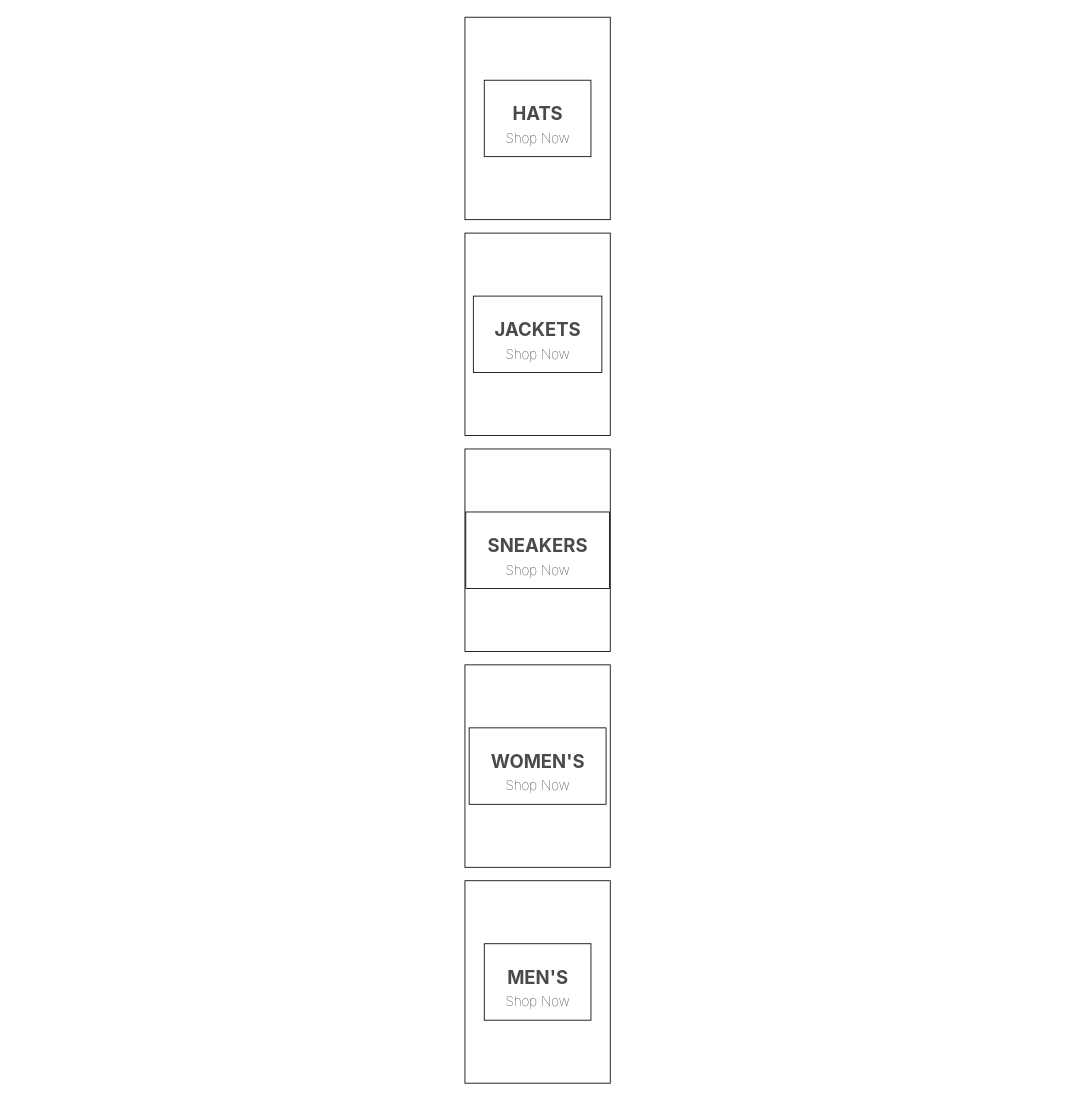
Repository: MikeTroianello/commerce-store
Page: /signin
An editor plug-in stored every save of this project. The page is shown before and after the next save, followed by the edit.
The browser window is 1280 px wide. The pictures show the whole page, at 84% of full size.
The project was rebuilt for these pictures with package versions that can differ from the ones it lists, and the page was loaded fresh each time. Also part of the build but not shown: src/App.css.

Above is the page before, as saved 2019-09-09 22:51:21.

### src/App.js
import React from 'react';

import Homepage from './pages/homepage/homepage.component';

import './App.css';

function App() {
  return (
    <div>
      <Homepage />
    </div>
  );
}

export default App;

### src/pages/homepage/homepage.component.jsx
import React from 'react';
import './homepage.styles.scss';

export default function Homepage() {
  return (
    <div className='homepage'>
      <div className='directory-menu'>
        <div className='menu-item'>
          <div className='content'>
            <h1 className='title'>HATS</h1>
            <span className='subtitle'>Shop Now</span>
          </div>
        </div>

        <div className='menu-item'>
          <div className='content'>
            <h1 className='title'>JACKETS</h1>
            <span className='subtitle'>Shop Now</span>
          </div>
        </div>

        <div className='menu-item'>
          <div className='content'>
            <h1 className='title'>SNEAKERS</h1>
            <span className='subtitle'>Shop Now</span>
          </div>
        </div>
        <div className='menu-item'>
          <div className='content'>
            <h1 className='title'>WOMEN'S</h1>
            <span className='subtitle'>Shop Now</span>
          </div>
        </div>
        <div className='menu-item'>
          <div className='content'>
            <h1 className='title'>MEN'S</h1>
            <span className='subtitle'>Shop Now</span>
          </div>
        </div>
      </div>
    </div>
  );
}

### src/pages/homepage/homepage.styles.scss
.homepage {
  display: flex;
  flex-direction: column;
  align-items: center;
  padding: 20px 80px;
}

.menu-item {
  min-width: 30%;
  height: 240px;
  flex: 1 1 auto;
  display: flex;
  align-items: center;
  justify-content: center;
  border: 1px solid black;
  margin: 0 7.5px 15px;

  &:first-child {
    margin-right: 7.5px;
  }

  &:last-child {
    margin-left: 7.5px;
  }

  .content {
    height: 90px;
    padding: 0 25px;
    display: flex;
    flex-direction: column;
    align-items: center;
    justify-content: center;
    border: 1px solid black;

    .title {
      font-weight: bold;
      margin-bottom: 6px;
      font-size: 22px;
      color: #4a4a4a;
    }

    .subtitle {
      font-weight: lighter;
      font-size: 16px;
    }
  }
}

Loaded but not shown: public/index.html (common file); src/index.js (common file); src/index.css (common file)

After the next save:
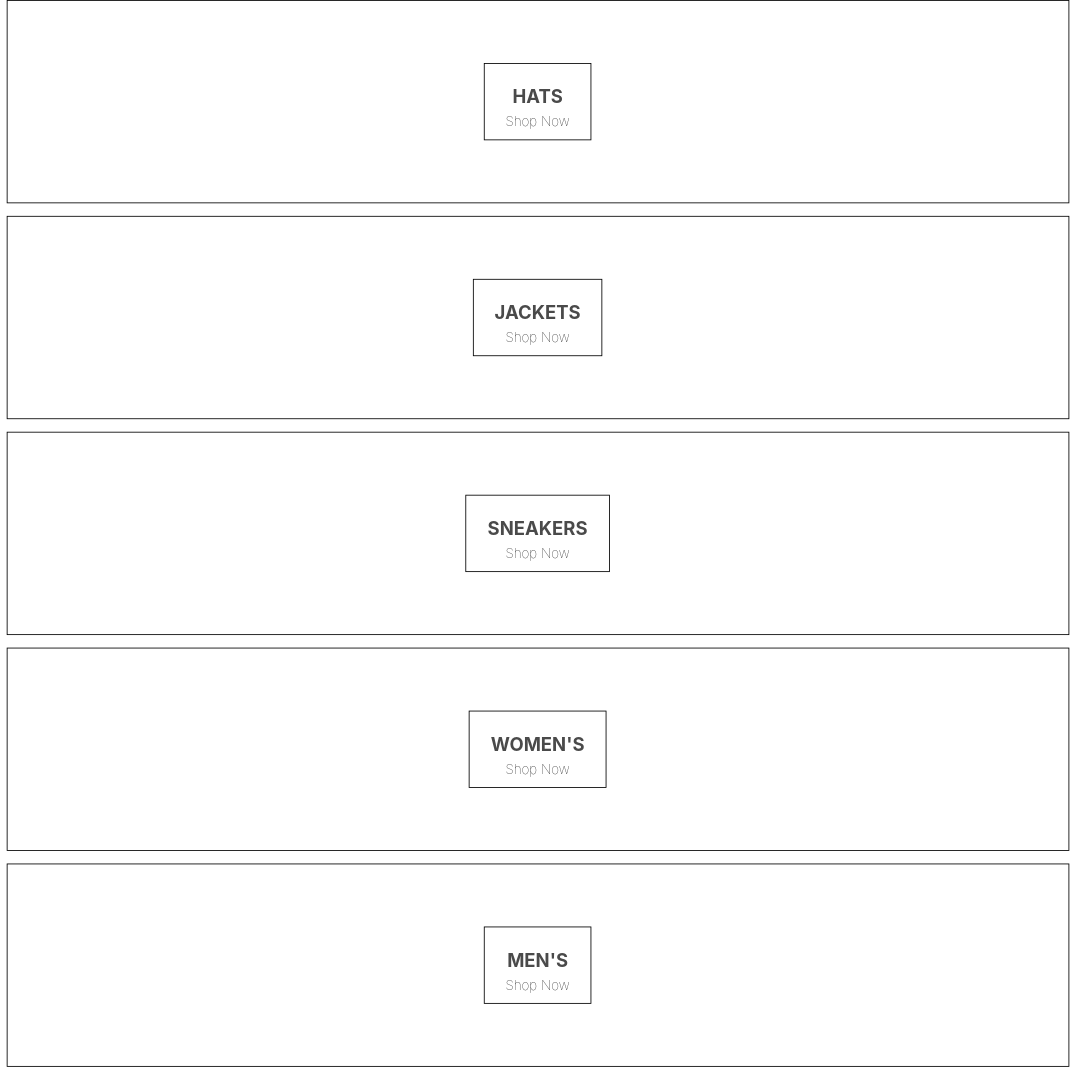
Saved 7 s later.
--- a/src/pages/homepage/homepage.styles.scss
+++ b/src/pages/homepage/homepage.styles.scss
@@ -1,9 +1,9 @@
-.homepage {
-  display: flex;
-  flex-direction: column;
-  align-items: center;
-  padding: 20px 80px;
-}
+// .homepage {
+//   display: flex;
+//   flex-direction: column;
+//   align-items: center;
+//   padding: 20px 80px;
+// }
 
 .menu-item {
   min-width: 30%;
